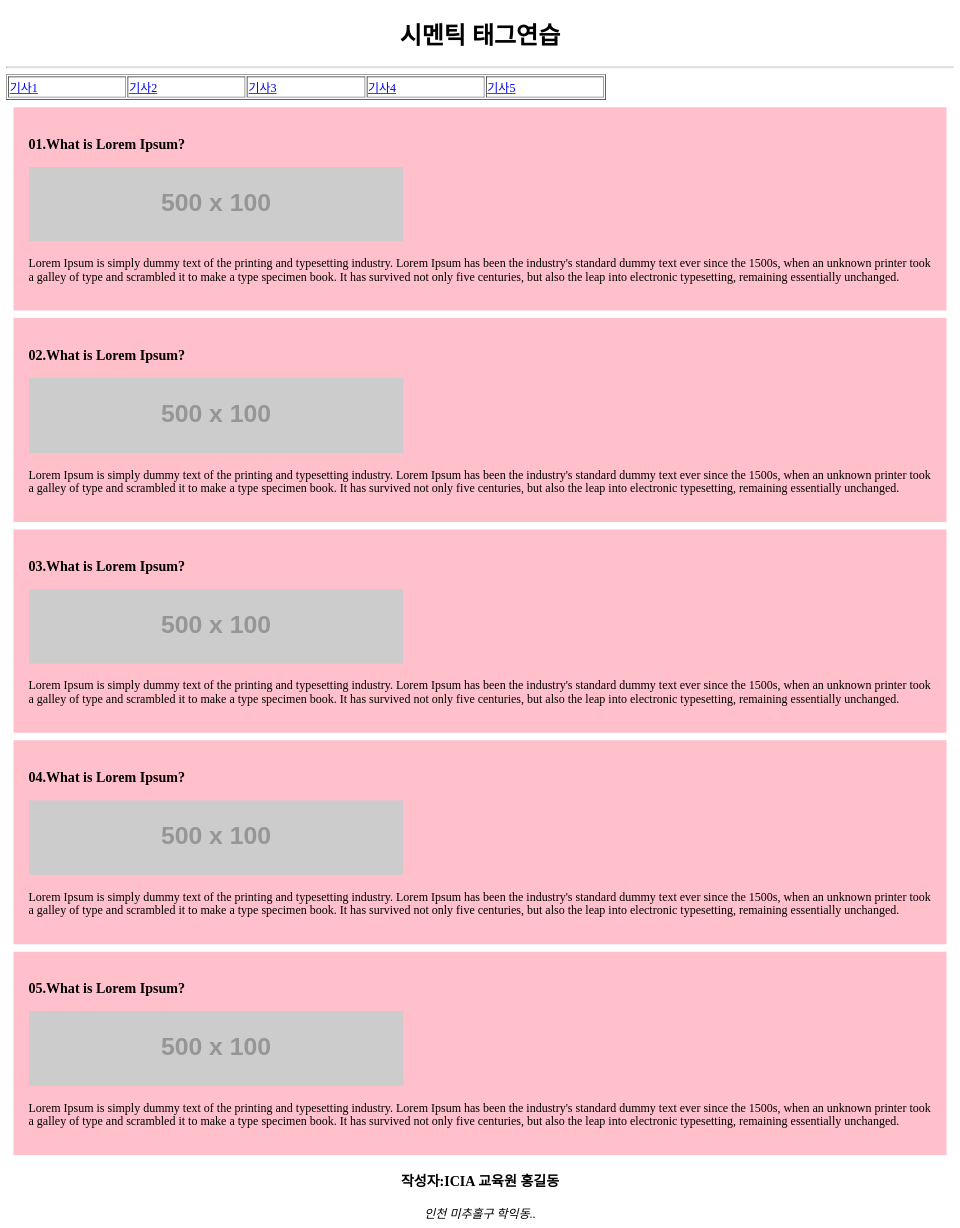
Repository: blinggg/html_git
Page: 0406/ex0406/WebContent/ex06.html
The author's editor kept a copy of each file at every save. The page is drawn from the files as they stood at one save, then again after the next save.
The browser window is 1280 px wide. The pictures show the whole page, at 75% of full size.

Above is the page before, as saved 2020-04-06 07:20:15.

### 0406/ex0406/WebContent/ex06.html
<!DOCTYPE html>
<html>
<head>
<meta charset="UTF-8">
<style>
	header, footer {text-align:center;}
	article {background:yellow;padding:20px;margin:10px;}
	#a1, #a3, #a5{background:pink;}

</style>
<title>시멘틱 태그 연습</title>
</head>
<body>
	<header>
		<h1>시멘틱 태그연습</h1>
		<hr/>
	</header>

	<nav>
		<table width=800 border=1>
			<tr>
				<td><a href="#a1">기사1</a></td>
				<td><a href="#a2">기사2</a></td>
				<td><a href="#a3">기사3</a></td>
				<td><a href="#a4">기사4</a></td>
				<td><a href="#a5">기사5</a></td>
			</tr>
		</table>
	</nav>


	<section>
		<article id="a1">
		<h3>01.What is Lorem Ipsum?</h3>
		<img src="http://placehold.it/500x100">
		<p>
		Lorem Ipsum is simply dummy text of the printing and typesetting industry. Lorem Ipsum has been the industry's standard dummy text ever since the 1500s, when an unknown printer took a galley of type and scrambled it to make a type specimen book. It has survived not only five centuries, but also the leap into electronic typesetting, remaining essentially unchanged.
		</p>
		</article>
	</section>
	<section>
		<article id="a1">
		<h3>02.What is Lorem Ipsum?</h3>
		<img src="http://placehold.it/500x100">
		<p>
		Lorem Ipsum is simply dummy text of the printing and typesetting industry. Lorem Ipsum has been the industry's standard dummy text ever since the 1500s, when an unknown printer took a galley of type and scrambled it to make a type specimen book. It has survived not only five centuries, but also the leap into electronic typesetting, remaining essentially unchanged.
		</p>
		</article>
	</section>
	<section>
		<article id="a1">
		<h3>03.What is Lorem Ipsum?</h3>
		<img src="http://placehold.it/500x100">
		<p>
		Lorem Ipsum is simply dummy text of the printing and typesetting industry. Lorem Ipsum has been the industry's standard dummy text ever since the 1500s, when an unknown printer took a galley of type and scrambled it to make a type specimen book. It has survived not only five centuries, but also the leap into electronic typesetting, remaining essentially unchanged.
		</p>
		</article>
	</section>
	<section>
		<article id="a1">
		<h3>04.What is Lorem Ipsum?</h3>
		<img src="http://placehold.it/500x100">
		<p>
		Lorem Ipsum is simply dummy text of the printing and typesetting industry. Lorem Ipsum has been the industry's standard dummy text ever since the 1500s, when an unknown printer took a galley of type and scrambled it to make a type specimen book. It has survived not only five centuries, but also the leap into electronic typesetting, remaining essentially unchanged.
		</p>
		</article>
	</section>
	<section>
		<article id="a1">
		<h3>05.What is Lorem Ipsum?</h3>
		<img src="http://placehold.it/500x100">
		<p>
		Lorem Ipsum is simply dummy text of the printing and typesetting industry. Lorem Ipsum has been the industry's standard dummy text ever since the 1500s, when an unknown printer took a galley of type and scrambled it to make a type specimen book. It has survived not only five centuries, but also the leap into electronic typesetting, remaining essentially unchanged.
		</p>
		</article>
	</section>





	<footer>
		<h3> 작성자:ICIA 교육원 홍길동</h3>
		<address>인천 미추홀구 학익동..</address>

	</footer>
</body>
</html>

After the next save:
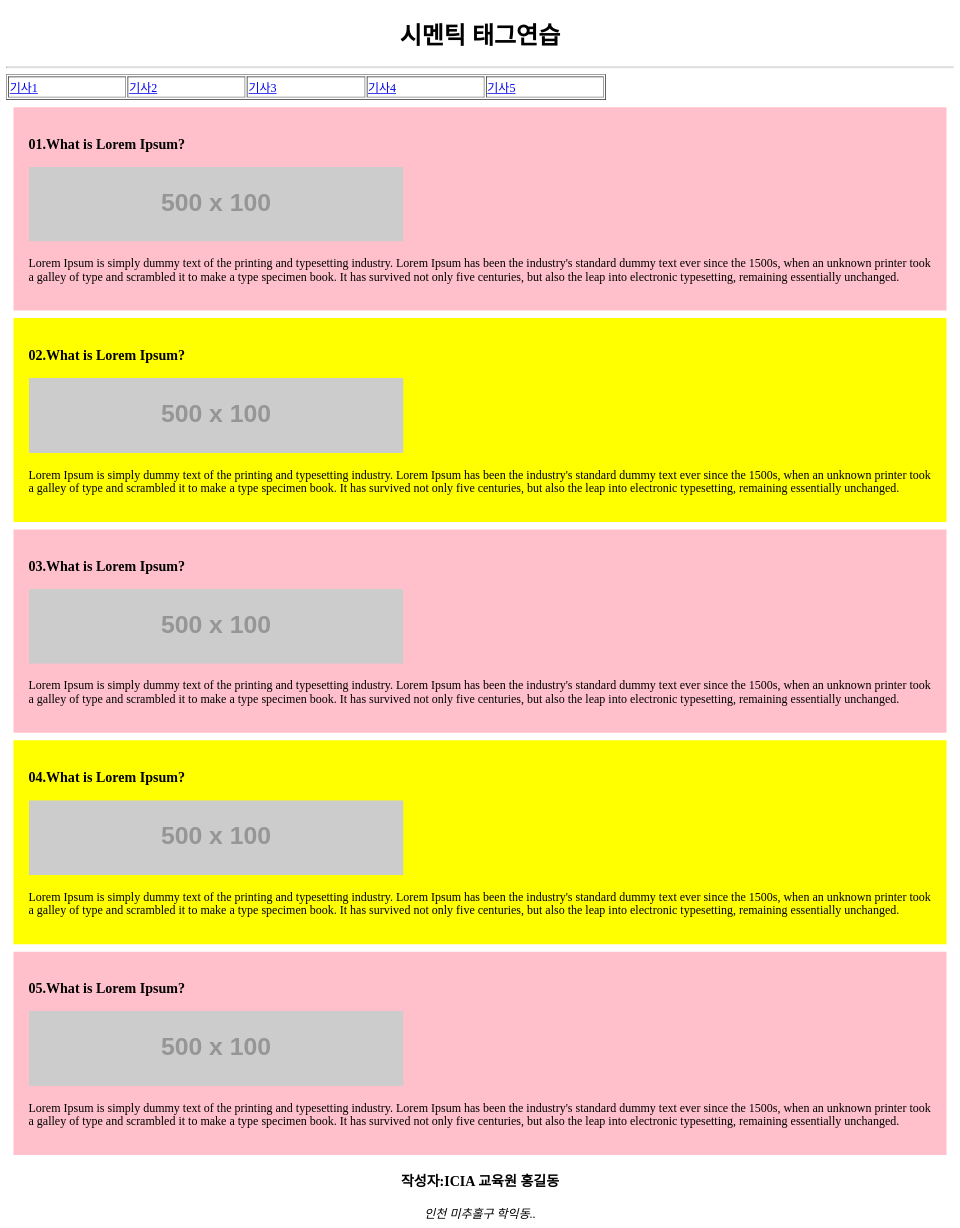
Saved 21 s later.
--- a/0406/ex0406/WebContent/ex06.html
+++ b/0406/ex0406/WebContent/ex06.html
@@ -39,7 +39,7 @@
 		</article>
 	</section>
 	<section>
-		<article id="a1">
+		<article id="a2">
 		<h3>02.What is Lorem Ipsum?</h3>
 		<img src="http://placehold.it/500x100">
 		<p>
@@ -48,7 +48,7 @@
 		</article>
 	</section>
 	<section>
-		<article id="a1">
+		<article id="a3">
 		<h3>03.What is Lorem Ipsum?</h3>
 		<img src="http://placehold.it/500x100">
 		<p>
@@ -57,7 +57,7 @@
 		</article>
 	</section>
 	<section>
-		<article id="a1">
+		<article id="a4">
 		<h3>04.What is Lorem Ipsum?</h3>
 		<img src="http://placehold.it/500x100">
 		<p>
@@ -66,7 +66,7 @@
 		</article>
 	</section>
 	<section>
-		<article id="a1">
+		<article id="a5">
 		<h3>05.What is Lorem Ipsum?</h3>
 		<img src="http://placehold.it/500x100">
 		<p>
